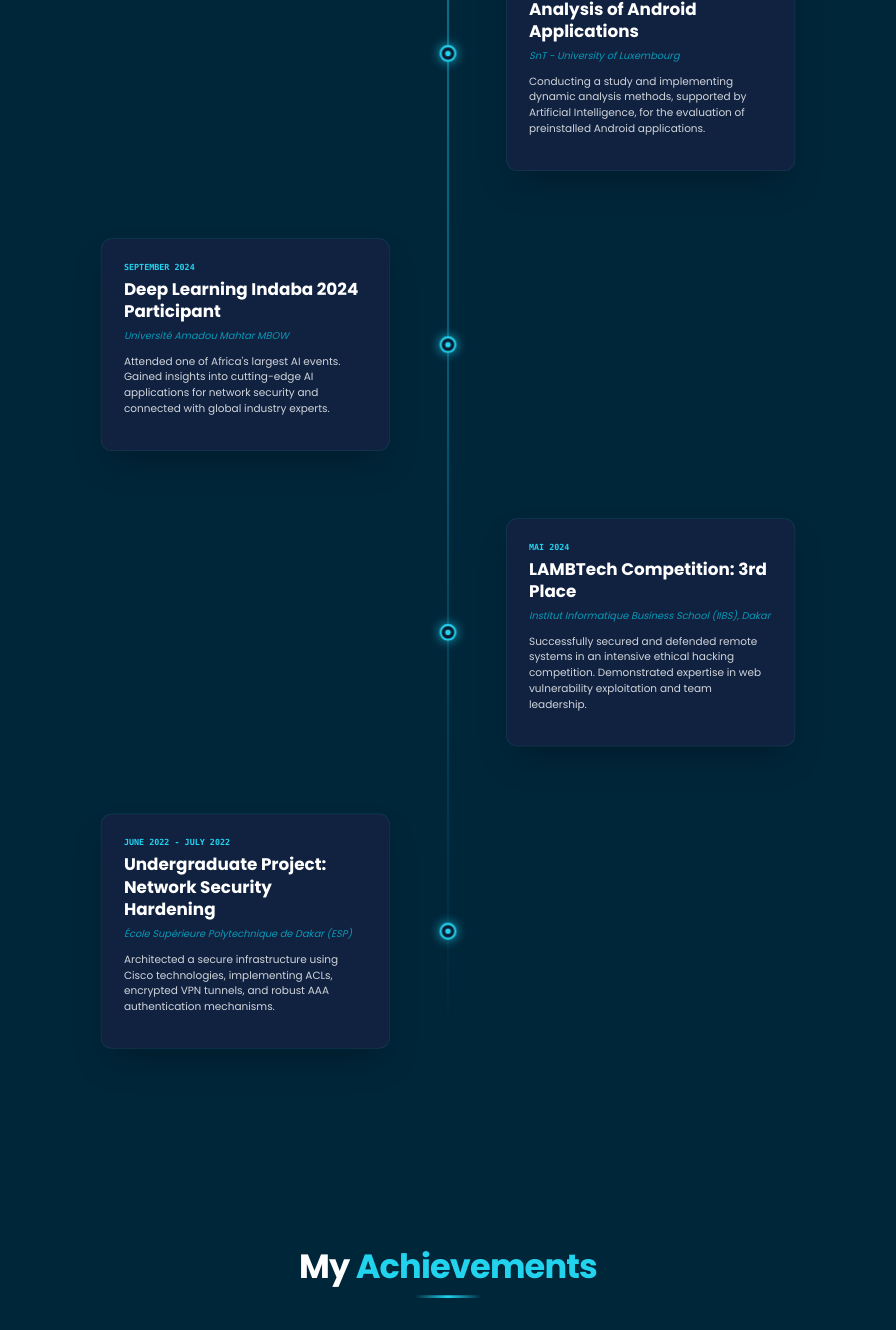
Repository: AntaaaKD/Mon-Portfolio
Page: /
An editor plug-in stored every save of this project. The page is shown before and after a run of saves, followed by the edit.
The browser window is 1280 px wide. The pictures show the part of the page from y = 3685 to 5585 px (the page is 8004 px tall before and 7081 px after), at 70% of full size.
Pictures or frames that could not be fetched are drawn as grey boxes. The project was rebuilt for these pictures with package versions that can differ from the ones it lists, and the page was loaded fresh each time.

Above is the page before, as saved 2026-01-15 00:27:18.

After the next 3 saves:
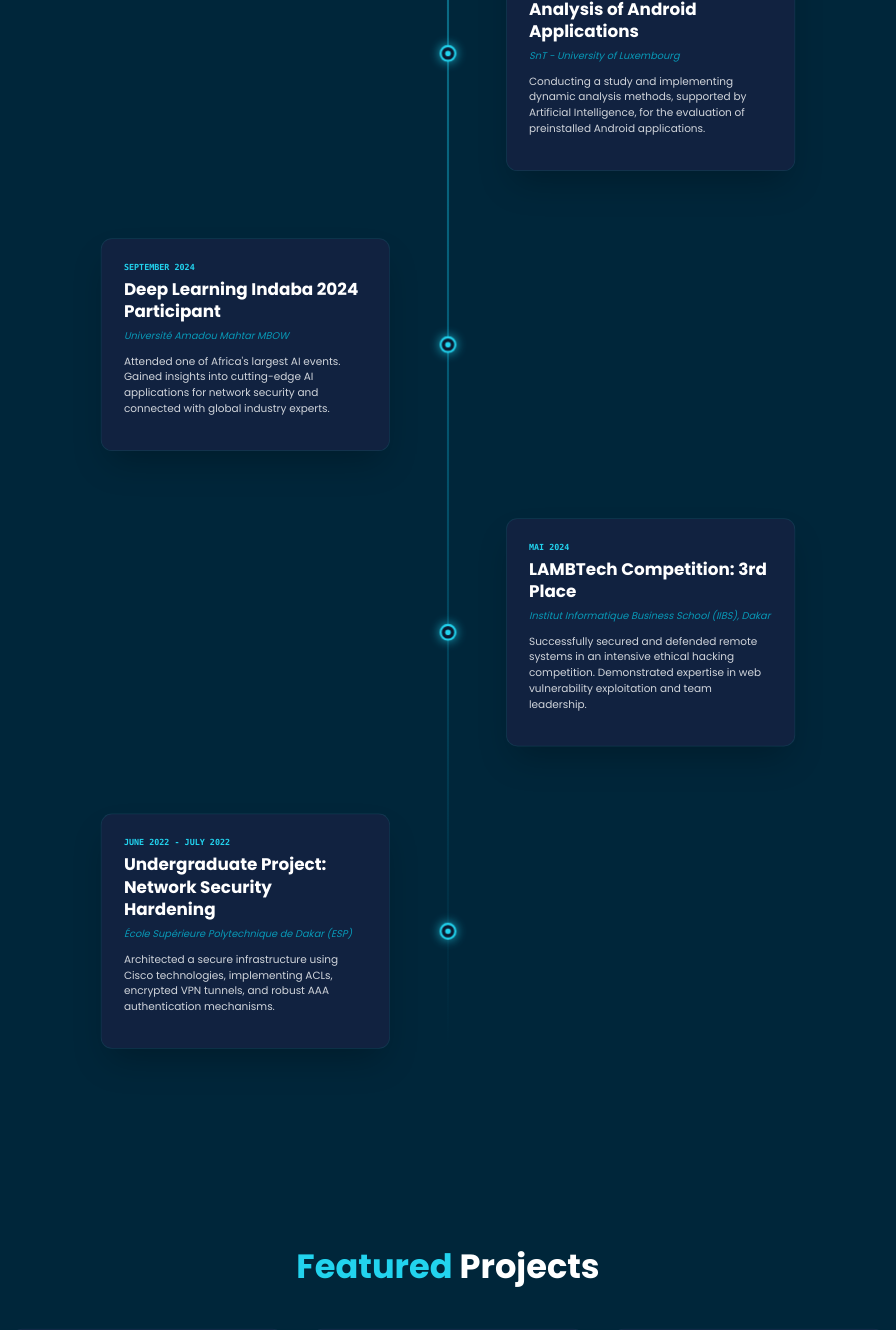
The 3 saves are shown as one change because they came seconds apart.
The last was saved 10 s later.
--- a/src/App.js
+++ b/src/App.js
@@ -15,7 +15,7 @@ function App() {
         <About />
         <Skills />
         <Achievements />
-        <Achievements />
+        <Projects />
         <section id="contact" className="py-16">Placeholder Contact</section>
       </main>
     </div>
